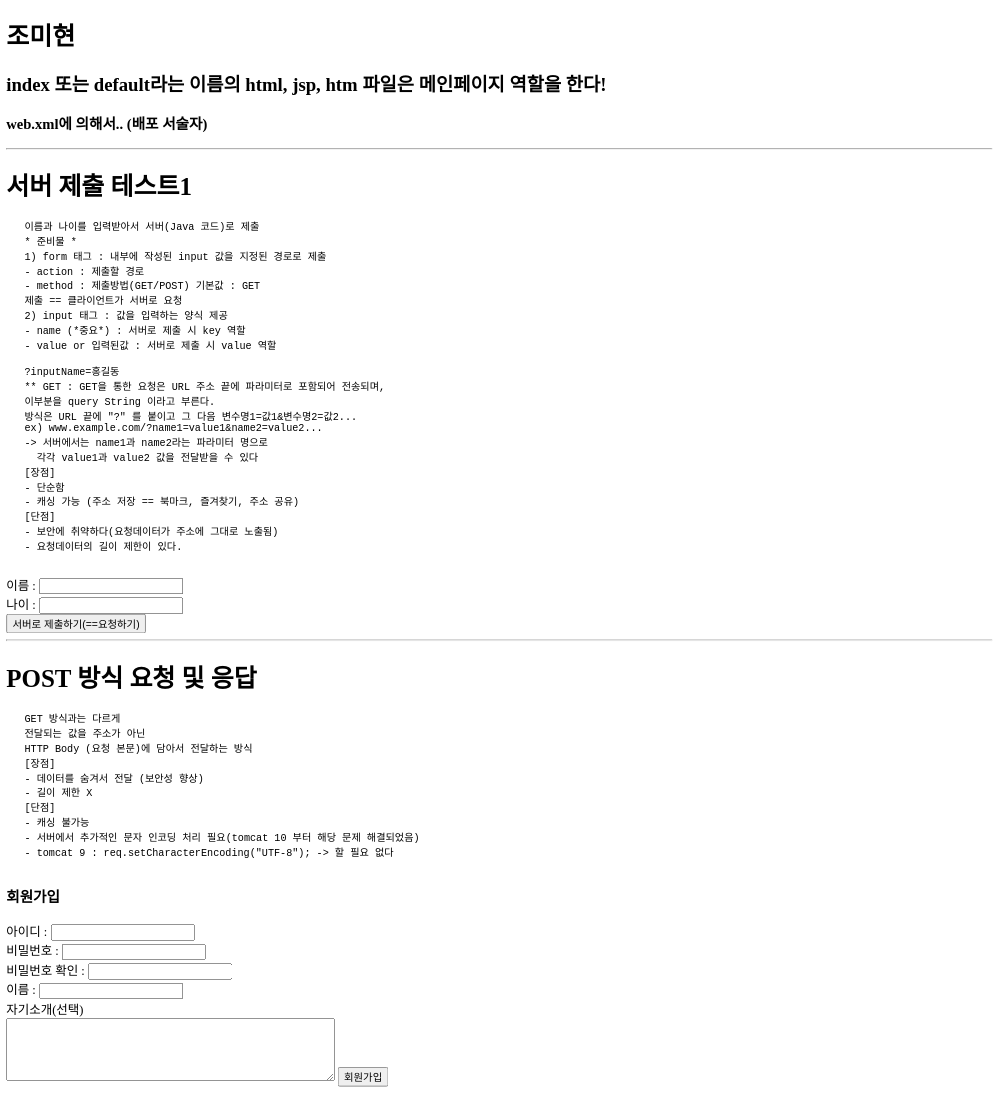
Repository: ghddbsrl1234/05_Server
Page: ServletProject/src/main/webapp/index.html
These files come from the project's save history. The page is drawn as it stood at one moment and after the next save; the edit follows.
The browser window is 1280 px wide. The pictures show the whole page, at 78% of full size.

Above is the page before, as saved 2025-11-17 02:25:41.

After the next save:
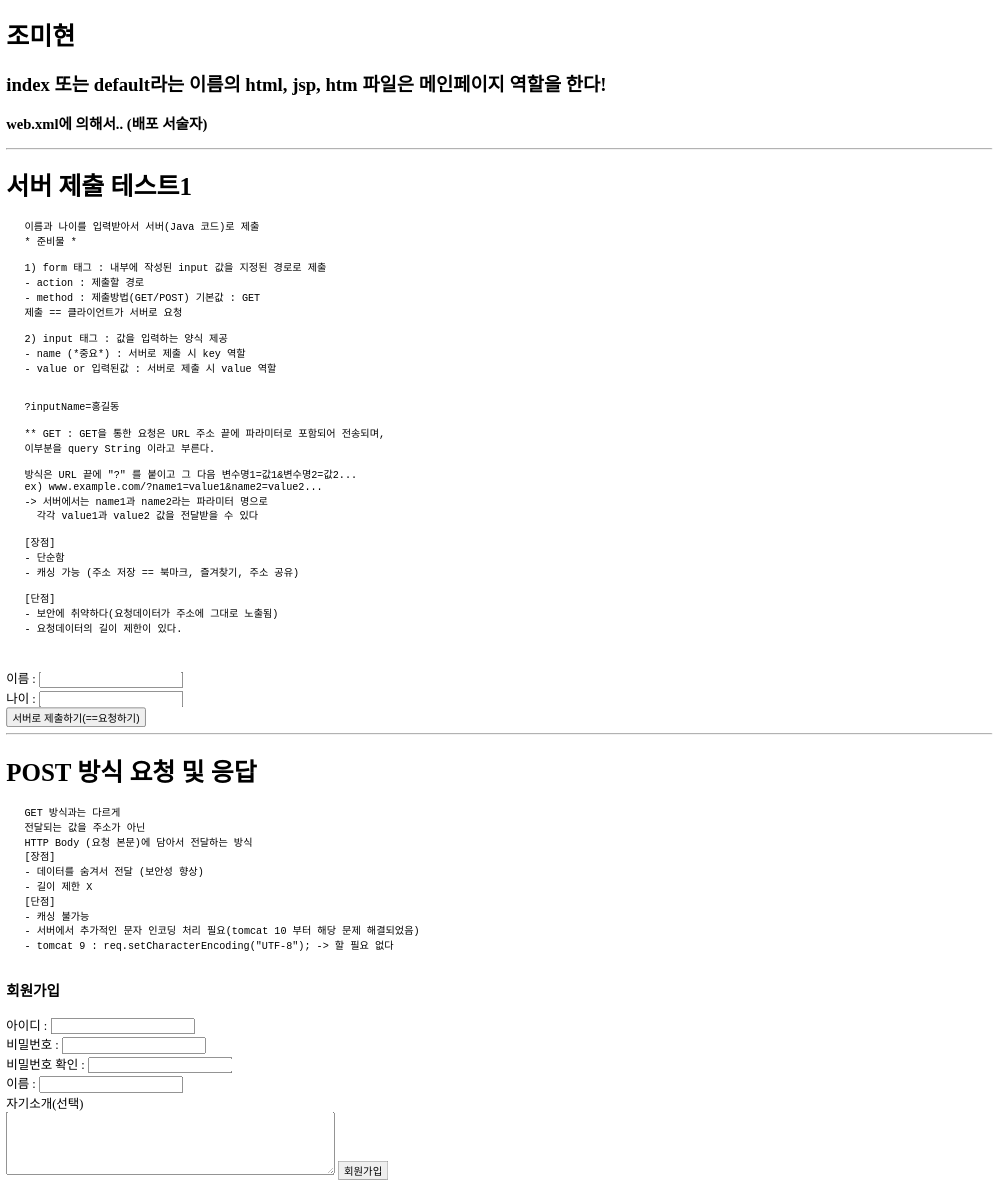
Saved 15 min 33 s later.
--- a/ServletProject/src/main/webapp/index.html
+++ b/ServletProject/src/main/webapp/index.html
@@ -15,27 +15,35 @@
 	<pre>
    이름과 나이를 입력받아서 서버(Java 코드)로 제출
    * 준비물 *
+
    1) form 태그 : 내부에 작성된 input 값을 지정된 경로로 제출
    - action : 제출할 경로
    - method : 제출방법(GET/POST) 기본값 : GET
    제출 == 클라이언트가 서버로 요청
+
    2) input 태그 : 값을 입력하는 양식 제공
    - name (*중요*) : 서버로 제출 시 key 역할
    - value or 입력된값 : 서버로 제출 시 value 역할
+
    <!-- <input name="inputName" value="홍길동">  -->
    ?inputName=홍길동
+
    ** GET : GET을 통한 요청은 URL 주소 끝에 파라미터로 포함되어 전송되며,
    이부분을 query String 이라고 부른다.
+
    방식은 URL 끝에 "?" 를 붙이고 그 다음 변수명1=값1&변수명2=값2...
    ex) www.example.com/?name1=value1&name2=value2...
    -> 서버에서는 name1과 name2라는 파라미터 명으로
      각각 value1과 value2 값을 전달받을 수 있다
+
    [장점]
    - 단순함
    - 캐싱 가능 (주소 저장 == 북마크, 즐겨찾기, 주소 공유)
+
    [단점]
    - 보안에 취약하다(요청데이터가 주소에 그대로 노출됨)
    - 요청데이터의 길이 제한이 있다.
+
  </pre>
 	<form action="/example1" method="get">
 		이름 : <input name="inputName"> <br>
